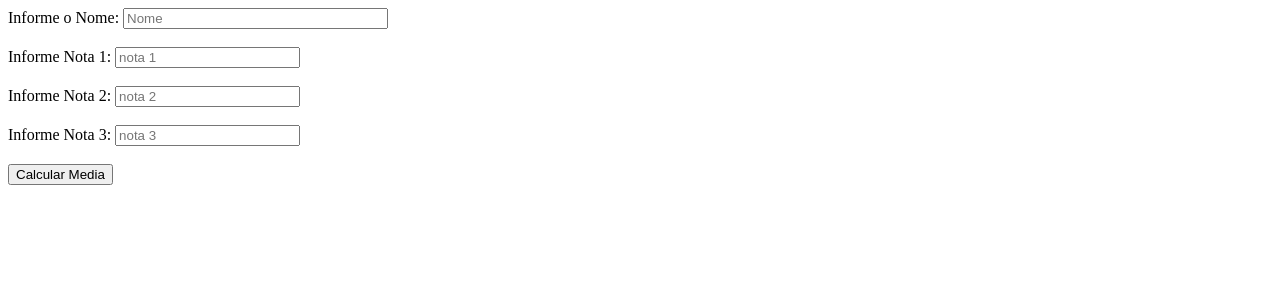
Repository: Deivisoons/spring
Page: http://localhost/Projeto_JSP/exercicio1/Formulario.jsp
An editor plug-in stored every save of this project. The page is shown before and after the next save, followed by the edit.
The browser window is 1280 px wide. The pictures show the whole page.
The page is served by Tomcat 9.

Above is the page before, as saved 2020-02-08 18:53:38.

### Projeto JSP/WebContent/exercicio1/Formulario.jsp
<%@ page language="java" contentType="text/html; charset=ISO-8859-1"
    pageEncoding="ISO-8859-1"%>
<!DOCTYPE html>
<html>
<head>
<meta charset="ISO-8859-1">
<title>Notas</title>
</head>
<body>
<form action="media.jsp" method="post">

<label>Informe o Nome:</label>
<input type="text" name="nome" size="30" placeholder="Nome">
<br><br>

<label>Informe Nota 1:</label>
<input type="number" name="nota1" size="30" placeholder="nota 1">
<br><br>

<label>Informe Nota 2:</label>
<input type="number" name="nota2" size="30" placeholder="nota 2">
<br><br>

<label>Informe Nota 3:</label>
<input type="number" name="nota3" size="30" placeholder="nota 3">
<br><br>

<input type="submit" value="Calcular Media">
</form>
</body>
</html>

After the next save:
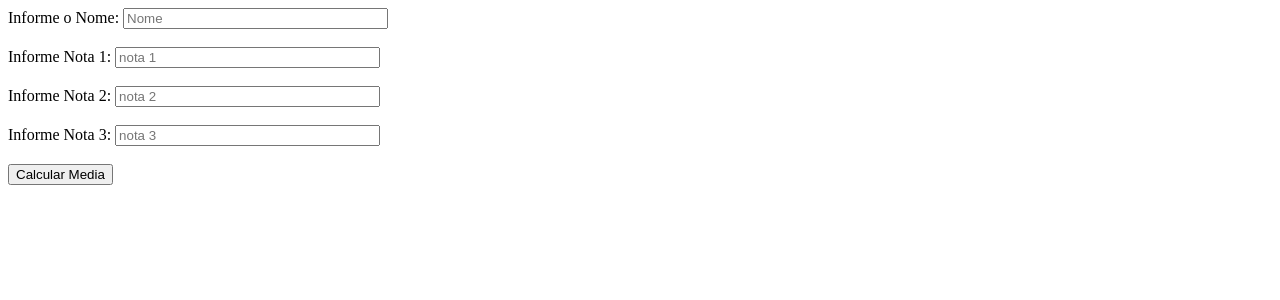
Saved 108 s later.
--- a/Projeto JSP/WebContent/exercicio1/Formulario.jsp
+++ b/Projeto JSP/WebContent/exercicio1/Formulario.jsp
@@ -14,15 +14,15 @@
 <br><br>
 
 <label>Informe Nota 1:</label>
-<input type="number" name="nota1" size="30" placeholder="nota 1">
+<input type="text" name="nota1" size="30" placeholder="nota 1">
 <br><br>
 
 <label>Informe Nota 2:</label>
-<input type="number" name="nota2" size="30" placeholder="nota 2">
+<input type="text" name="nota2" size="30" placeholder="nota 2">
 <br><br>
 
 <label>Informe Nota 3:</label>
-<input type="number" name="nota3" size="30" placeholder="nota 3">
+<input type="text" name="nota3" size="30" placeholder="nota 3">
 <br><br>
 
 <input type="submit" value="Calcular Media">
